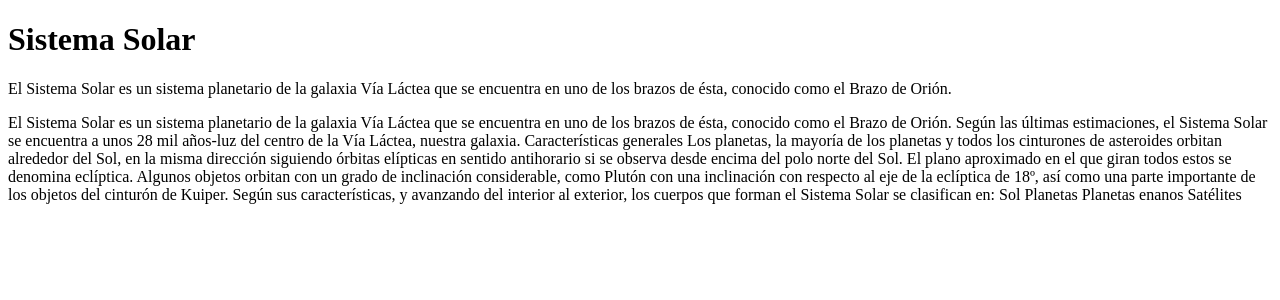
Repository: gustavomanfre/Curso_Front_End_Digitalers
Page: Unidad1/M1 - Laboratorio_02/index.html
The author's editor kept a copy of each file at every save. The page is drawn from the files as they stood at one save, then again after a run of saves.
The browser window is 1280 px wide. The pictures show the whole page.

Above is the page before, as saved 2022-05-25 20:56:29.

### Unidad1/M1 - Laboratorio_02/index.html
<!DOCTYPE html>
<html lang="en">
<head>
    <meta charset="UTF-8">
    <meta http-equiv="X-UA-Compatible" content="IE=edge">
    <meta name="viewport" content="width=device-width, initial-scale=1.0">
    <title>Laboratorio2</title>
</head>
<body>
    <header>
        <h1>Sistema Solar</h1>
        <p>El Sistema Solar es un sistema planetario de la galaxia Vía Láctea que se encuentra en uno de los brazos de ésta, conocido como el Brazo de Orión. </p>
    </header>

El Sistema Solar es un sistema planetario de la galaxia Vía Láctea que se encuentra en uno de los brazos de ésta, conocido como
el Brazo de Orión.
Según las últimas estimaciones, el Sistema Solar se encuentra a unos 28 mil años-luz del centro de la Vía Láctea, nuestra galaxia.
Características generales
Los planetas, la mayoría de los planetas y todos los cinturones de asteroides orbitan alrededor del Sol, en la misma dirección
siguiendo órbitas elípticas en sentido antihorario si se observa desde encima del polo norte del Sol.
El plano aproximado en el que giran todos estos se denomina eclíptica. Algunos objetos orbitan con un grado de inclinación
considerable, como Plutón con una inclinación con respecto al eje de la eclíptica de 18º, así como una parte importante de los
objetos del cinturón de Kuiper. Según sus características, y avanzando del interior al exterior, los cuerpos que forman el Sistema
Solar se clasifican en:
Sol
Planetas
Planetas enanos
Satélites


</body>
</html>

After the next 2 saves:
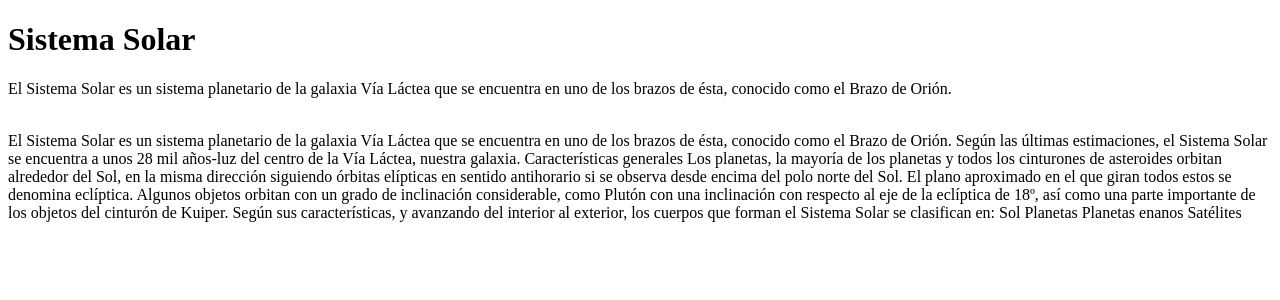
The 2 saves are shown as one change because they came seconds apart.
The last was saved 18 s later.
--- a/Unidad1/M1 - Laboratorio_02/index.html
+++ b/Unidad1/M1 - Laboratorio_02/index.html
@@ -9,7 +9,7 @@
 <body>
     <header>
         <h1>Sistema Solar</h1>
-        <p>El Sistema Solar es un sistema planetario de la galaxia Vía Láctea que se encuentra en uno de los brazos de ésta, conocido como el Brazo de Orión. </p>
+        <p>El Sistema Solar es un sistema planetario de la galaxia Vía Láctea que se encuentra en uno de los brazos de ésta, conocido como el Brazo de Orión. </p><br>
     </header>
 
 El Sistema Solar es un sistema planetario de la galaxia Vía Láctea que se encuentra en uno de los brazos de ésta, conocido como
